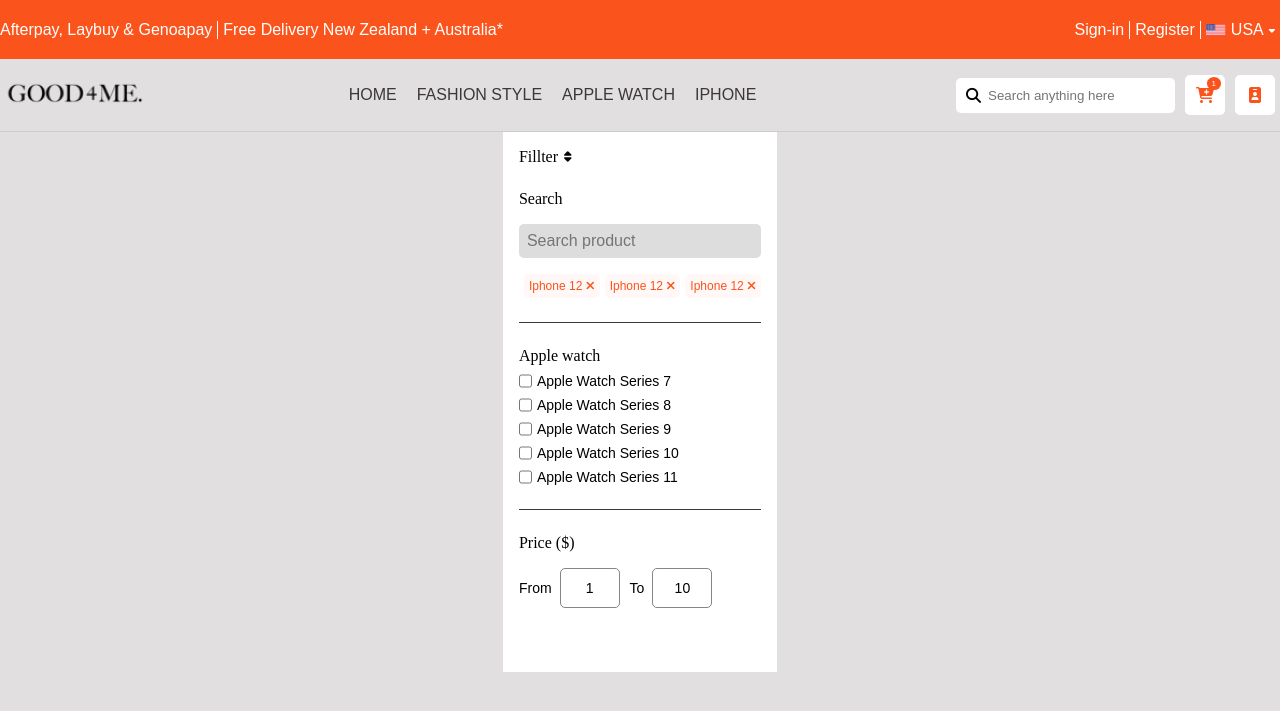
Repository: Ngoc28/Shoppe-web
Page: html/category.html
These files come from the project's save history. The page is drawn as it stood at one moment and after the next save; the edit follows.
The browser window is 1280 px wide. The pictures show the whole page.
Some web fonts or font styles are not loaded; a fallback is used.

Above is the page before, as saved 2023-08-08 14:35:06.

After the next save:
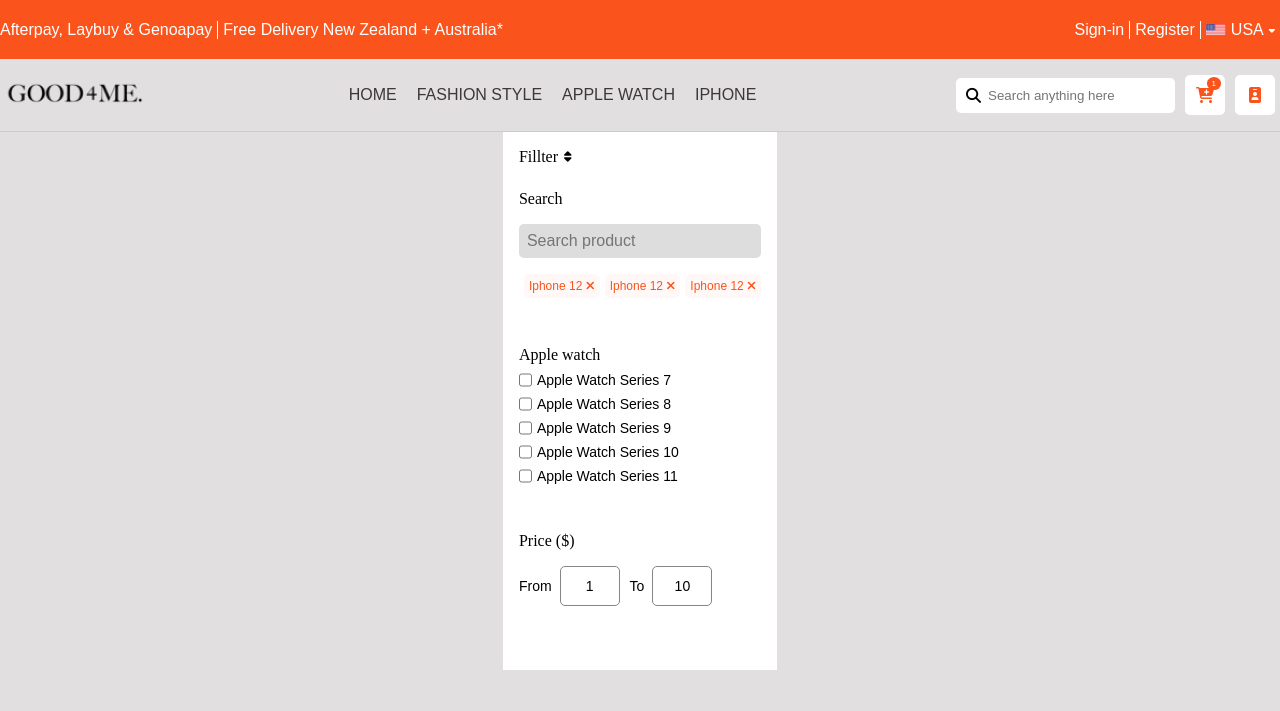
Saved 10 s later.
--- a/accest/css/category.css
+++ b/accest/css/category.css
@@ -77,7 +77,7 @@
 }
 
 .line {
-    border-bottom: 1px solid var(--text-color);
+    border-bottom: 1px solid var(--gray-color);
 }
 
 .container-nav-heading p {
